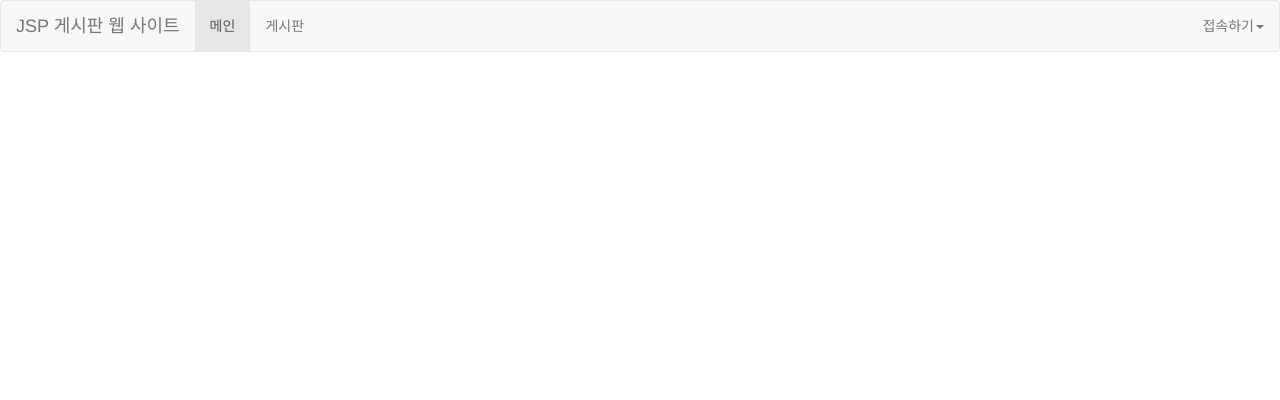
Repository: tykwon97/JSP
Page: http://localhost/BBS/main.jsp
An editor plug-in stored every save of this project. The page is shown before and after the next save, followed by the edit.
The browser window is 1280 px wide. The pictures show the whole page.
Some web libraries are served in a nearby version. The page is served by Tomcat 9. Other server files are loaded and not shown.

Above is the page before, as saved 2021-01-31 09:35:08.

### projects/BBS/WebContent/main.jsp
<%@ page language="java" contentType="text/html; charset=UTF-8"
	pageEncoding="UTF-8"%>
<%@ page import="java.io.PrintWriter"%>
<!-- 라이브러리를 불러오기 위함 -->
<!DOCTYPE html>
<html>
<head>
<meta http-equiv="Content-Type" content="text/html ; charset=UTF-8">
<meta name="viewport" content="width=device-width" , initial-scale="1">
<link rel="stylesheet" href="css/bootstrap.css">
<title>JSP 게시판 웹 사이트</title>
</head>
<body>
	<%
		String userID = null;
	if (session.getAttribute("userID") != null) {
		userID = (String) session.getAttribute("userID");
	}
	%>
	<nav class="navbar navbar-default">
		<div class="navbar-header">
			<button type="button" class="navbar-toggle collapsed"
				data-toggle="collapse" data-target="#bs-example-navbar-collapse-1"
				aria-expanded="false">
				<span class="icon-bar"></span> <span class="icon-bar"></span> <span
					class="icon-bar"></span>
			</button>
			<a class="navbar-brand" href="main.jsp">JSP 게시판 웹 사이트</a>
		</div>
		<div class="collapse navbar-collapse"
			id="bs-example-navbar-collapse-1">
			<ul class="nav navbar-nav">
				<li class="active"><a href="main.jsp">메인</a></li>
				<!-- class="active" : 현재 선택이 됨 -->
				<li><a href="bbs.jsp">게시판</a></li>
			</ul>
			<%
				if (userID == null) {
			%>
			<ul class="nav navbar-nav navbar-right">
				<li class="dropdown"><a href="#" class="dropdown-toggle"
					data-toggle="dropdown" role="button" aria-haspopup="true"
					aria-expanded="false"> 접속하기<span class="caret"></span></a> <!-- 아이콘 -->
					<ul class="dropdown-menu">
						<li><a href="login.jsp">로그인</a></li>
						<li><a href="join.jsp">회원가입</a></li>
					</ul></li>
			</ul>
			<%
				} else { //로그인 되어 있는 사람
			%>
			<ul class="nav navbar-nav navbar-right">
				<li class="dropdown"><a href="#" class="dropdown-toggle"
					data-toggle="dropdown" role="button" aria-haspopup="true"
					aria-expanded="false"> 회원관리<span class="caret"></span></a> <!-- 아이콘 -->
					<ul class="dropdown-menu">
						<li><a href="logoutAction.jsp">로그아웃</a></li>
					</ul></li>
			</ul>
			<%
				}
			%>
		</div>
	</nav>
	<script src="https://code.jquery.com/jquery-3.1.1.min.js"></script>
	<script src="js/bootstrap.js"></script>
</body>
</html>

Loaded but not shown: projects/BBS/WebContent/css/bootstrap.css (library); projects/BBS/WebContent/js/bootstrap.js (library)

After the next save:
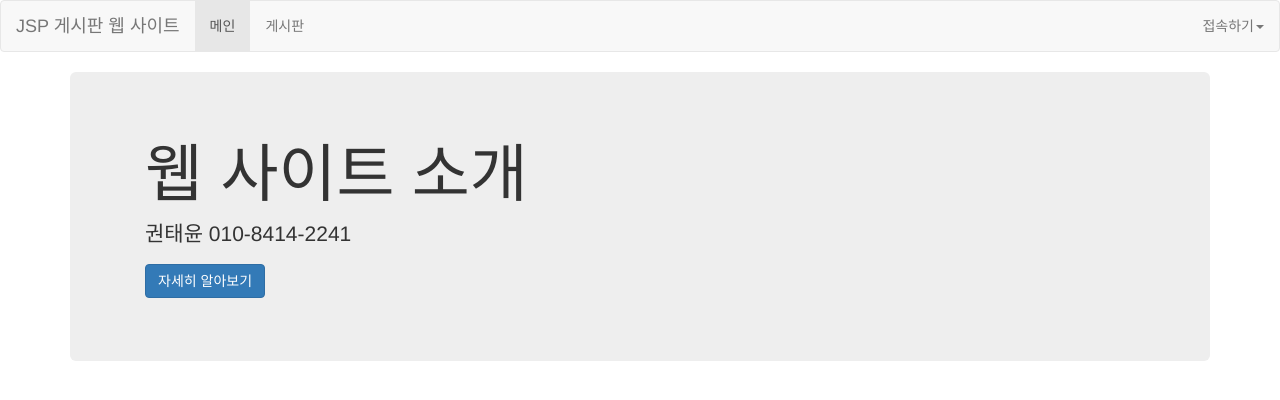
Saved 6 min 27 s later.
--- a/projects/BBS/WebContent/main.jsp
+++ b/projects/BBS/WebContent/main.jsp
@@ -62,6 +62,15 @@
 			%>
 		</div>
 	</nav>
+	<div class = "container">
+		<div class = "jumbotron">
+			<div class ="container">
+				<h1>웹 사이트 소개</h1>
+				<p> 권태윤 010-8414-2241 </p>
+				<p><a class = "btn btn-primary btn-pull" href="#" role = "button">자세히 알아보기</a></p>
+			</div>
+		</div>
+	</div>
 	<script src="https://code.jquery.com/jquery-3.1.1.min.js"></script>
 	<script src="js/bootstrap.js"></script>
 </body>
